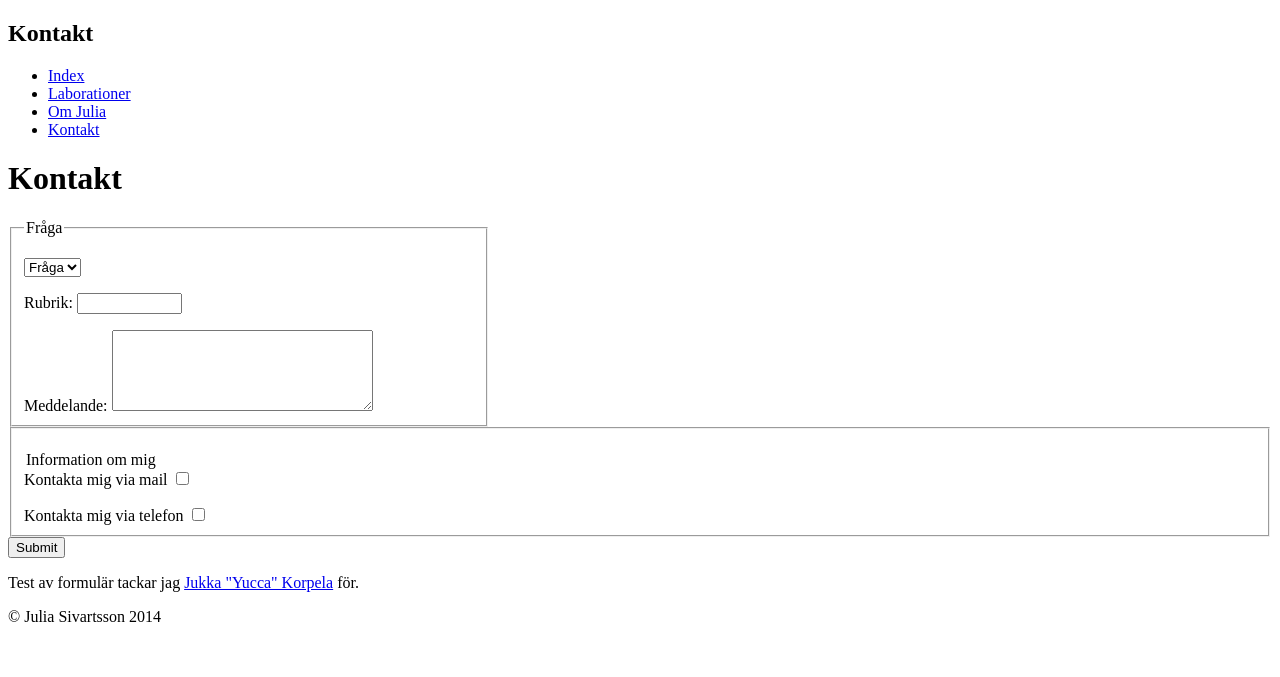
Repository: JuliaSivartsson/1ik415-jsigc09-laborationer
Page: pages/kontakt.html
The author's editor kept a record of every edit. The page is drawn from the files as they stood at one moment, then again after the next edit.
The browser window is 1280 px wide. The pictures show the whole page.

Above is the page before.

After the next edit:
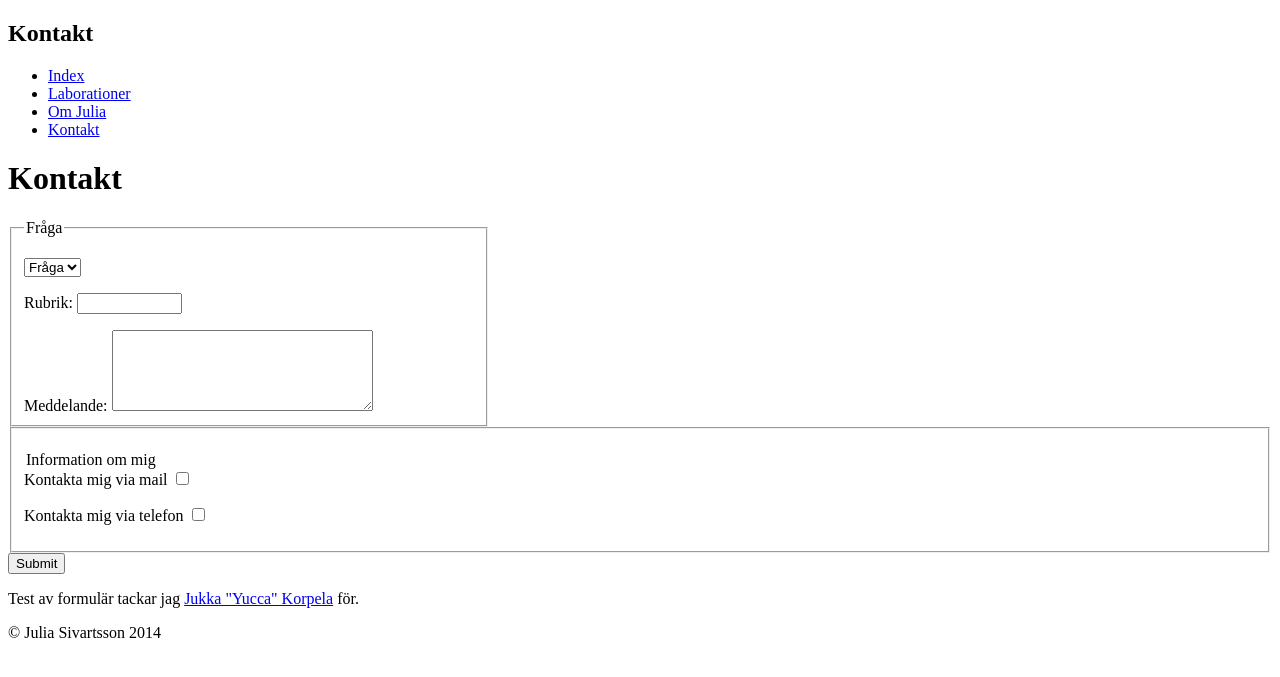
The edit:
--- a/pages/kontakt.html
+++ b/pages/kontakt.html
@@ -43,8 +43,10 @@
     <label for="mail">Kontakta mig via mail</label>
     <input type="checkbox" name="mail" id="mail" value="mail"/>
     </p>
+    <p>
     <label for="telefon">Kontakta mig via telefon</label>
-    <input type="checkbox" name="telefon" id="telefon" value="telefon"/><br />
+    <input type="checkbox" name="telefon" id="telefon" value="telefon"/>
+    </p>
     </fieldset>
     <input type="submit" name="submit" id="submit"/>
 
